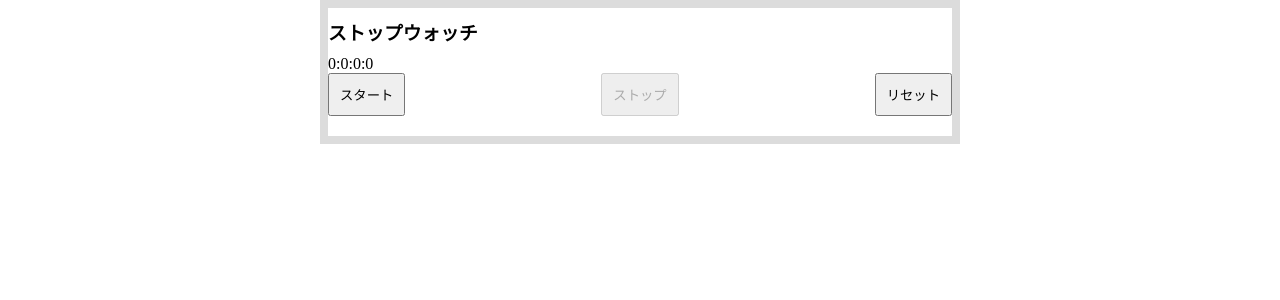
Repository: kenshirou01/TraialStopWatch
Page: kadai2/index.html
The author's editor kept a record of every edit. The page is drawn from the files as they stood at one moment, then again after the next edit.
The browser window is 1280 px wide. The pictures show the whole page.

Above is the page before.

After the next edit:
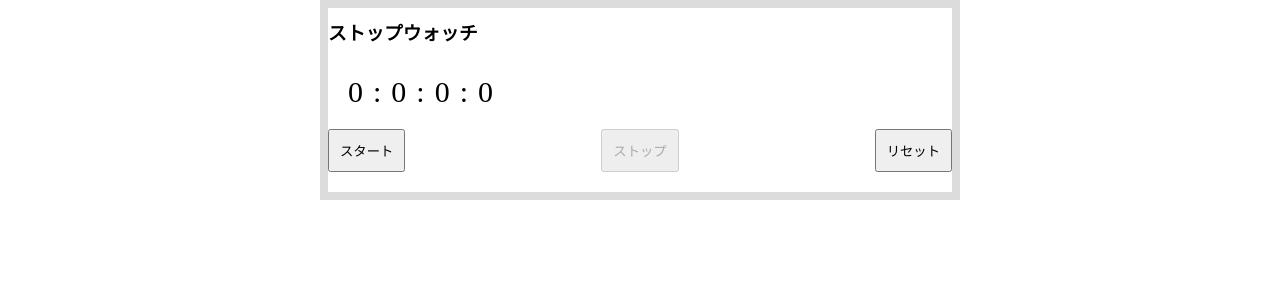
The edit:
--- a/kadai2/index.html
+++ b/kadai2/index.html
@@ -11,7 +11,7 @@
   <div class="continner">
     <h3>ストップウォッチ</h3>
 
-    <div class=timer>0:0:0:0</div>
+    <div id=timer>0:0:0:0</div>
 
     <div class="buttons">
       <button id="start" class="button_width">スタート</button>
